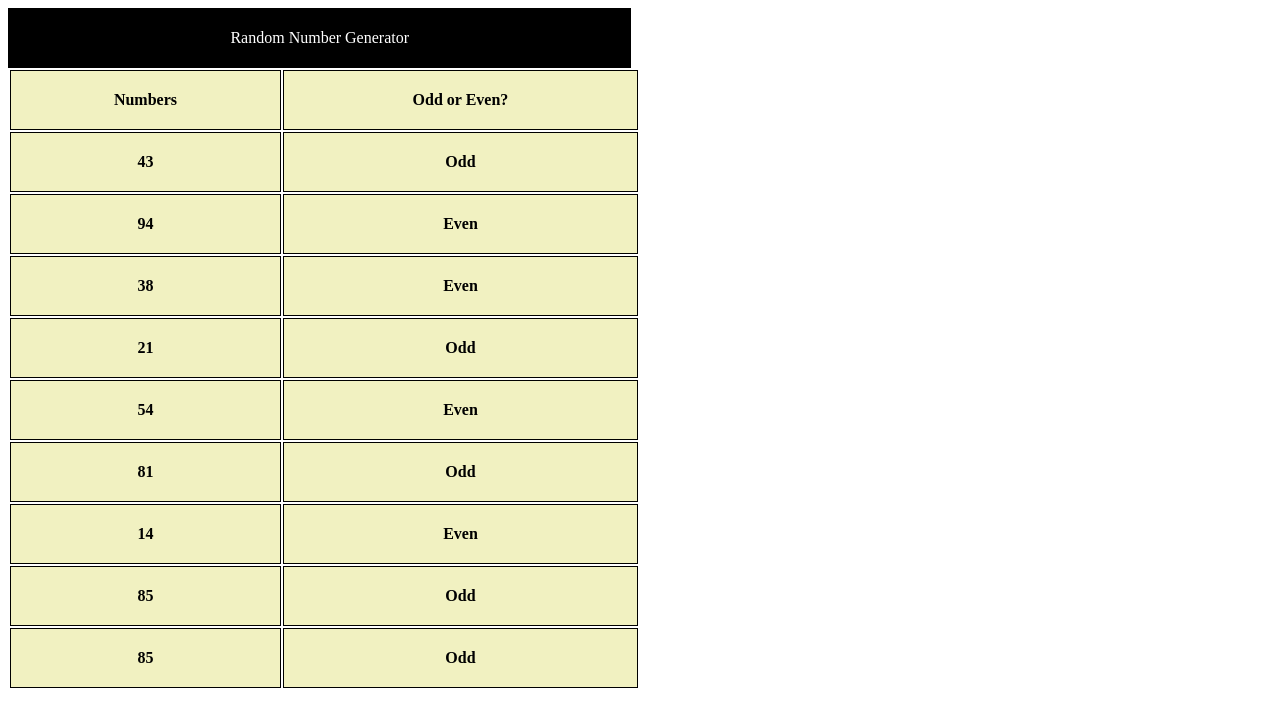
Repository: TheRealCisco/f2017CST336
Page: http://localhost/Challenge/rand.php
The author's editor kept a record of every edit. The page is drawn from the files as they stood at one moment, then again after the next edit.
The browser window is 1280 px wide. The pictures show the whole page.
The page is run by PHP 8.4 with error messages shown; the project is at /var/www/html/.

Above is the page before.

After the next edit:
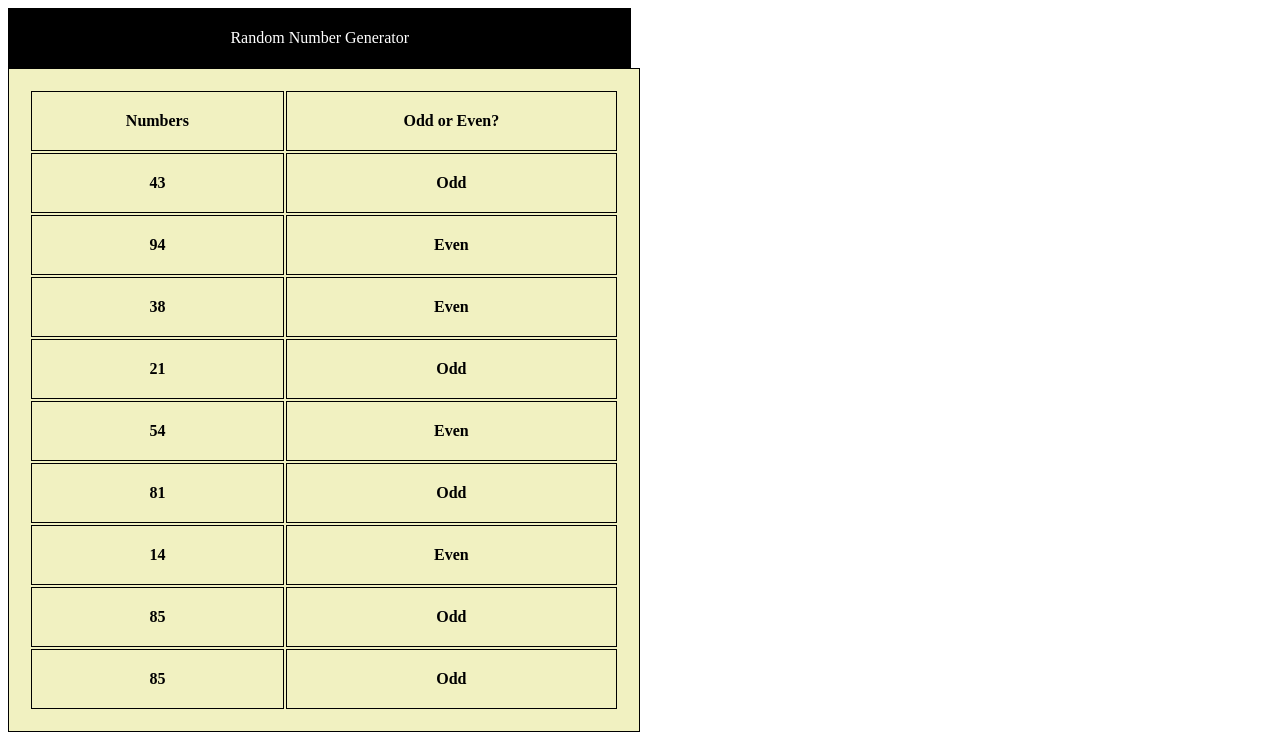
The edit:
--- a/Challenge/rand.php
+++ b/Challenge/rand.php
@@ -14,6 +14,11 @@
                 background-color: black;
                 color:white;
             }
+            #head{
+                padding: 20px;
+                border: 1px solid black;
+                background-color: #f1f1c1;
+            }
         </style>
     </head>
     <header style="width:46%">
